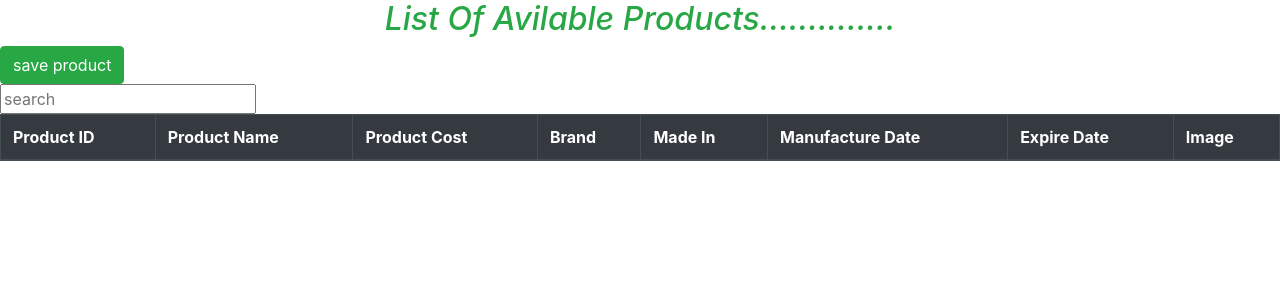
Repository: kamisettiprasanna/AdvJavaPrograms
Page: http://localhost/ProductManagementApp/productList.jsp
An editor plug-in stored every save of this project. The page is shown before and after the next save, followed by the edit.
The browser window is 1280 px wide. The pictures show the whole page.
The page is served by Tomcat 9. Other server files are loaded and not shown. Queries for data that is not in the repository find no rows.

Above is the page before, as saved 2024-03-06 09:26:38.

### ProductManagementApp/src/main/webapp/productList.jsp
<%@page import="com.sathya.servlet.*" import="java.util.Base64"%>
<%@ page language="java" contentType="text/html"%>
<%@taglib uri="http://java.sun.com/jsp/jstl/core" prefix="c" %>


<html>
<head>

<title>Product List</title>
<!-- BootStract CDN link to Get the Support of BootStrap-->

<link rel="stylesheet" href="https://stackpath.bootstrapcdn.com/bootstrap/4.5.2/css/bootstrap.min.css">

</head>
<body>
<div>
        <h2 class="text-center text-success font-italic ">List Of Avilable Products.............. </h2>
    </div>

   <div>
 <input type="submit" class="btn btn-success" value="save product"/>
 </div>

<div>
<input type="text" placeholder="search">
</div>
<div>
<c:if test="${saveResult==1}">
<h1 class="text-danger text-center">Data inserted successfully.........</h1>
</c:if>
</div>

<table class="table table-bordered table-striped">

<thead class="thead-dark">
	<tr>

		<th>Product ID</th>
		<th>Product Name</th>
		<th>Product Cost</th>
		<th>Brand</th>
		<th>Made In</th>
		<th>Manufacture Date</th>
		<th>Expire Date</th>
		<th>Image</th>

	</tr>
</thead>

<tbody>
	<c:forEach var="product" items="<%=new ProductDao().findAll()%>">

		<tr>
			<td>${product.proId}</td>
			<td>${product.proName}</td>
			<td>${product.proPrice}</td>
			<td>${product.proBrand}</td>
			<td>${product.promadeIn}</td>
			<td>${product.promDate}</td>
			<td>${product.promeDate}</td>
			<td><img src="data:[embedded picture, 78 characters]" alt="ProductImage" style="max-width: 100px; max-height:100px;"></td>
       </tr>


	</c:forEach>
</tbody>


</table>

</body>
</html>

### ProductManagementApp/src/main/java/com/sathya/servlet/ProductDao.java
package com.sathya.servlet;

	import java.sql.Connection;
	import java.sql.PreparedStatement;
import java.sql.ResultSet;
import java.sql.SQLException;
import java.sql.Statement;
import java.util.ArrayList;
import java.util.List;

	public class ProductDao {
		public int save(Product_data product) throws SQLException
		{
			Connection connection=null;
			PreparedStatement preparedStatement=null;
			int saveResult=0;
			try
			{
				connection=DBconnection.createConnection();
				preparedStatement=connection.prepareStatement("INSERT INTO Product_data VALUES(?,?,?,?,?,?,?,?)");

				preparedStatement.setInt(1, product.getProId());
				preparedStatement.setString(2, product.getProName());
				preparedStatement.setDouble(3, product.getProPrice());
				preparedStatement.setString(4, product.getProBrand());
				preparedStatement.setString(5, product.getPromadeIn());
				preparedStatement.setDate(6, product.getPromDate());
				preparedStatement.setDate(7, product.getPromeDate());
				preparedStatement.setBytes(8, product.getProImage());
				saveResult = preparedStatement.executeUpdate();
		    }
			catch(SQLException e)
			{
				e.printStackTrace();
			}
			finally
			{
				if(preparedStatement!=null)
	                  preparedStatement.close();
				if(connection!=null)
	                 connection.close();
			}
			return saveResult;
	  	}



		public List<Product_data> findAll() {


				List<Product_data> products=new ArrayList<Product_data>();
				try(Connection connection=DBconnection.createConnection();
						Statement statement=connection.createStatement()){
					//execute the query
					ResultSet resultset=statement.executeQuery("select * from Product_data");

					while(resultset.next())
					{
						Product_data product=new Product_data();

						product.setProId(resultset.getInt("proId"));
						product.setProName(resultset.getString("proName"));
						product.setProPrice(resultset.getDouble("proPrice"));
						product.setProBrand(resultset.getString("proBrand"));
						product.setPromadeIn(resultset.getString("promadeIn"));
						product.setPromDate(resultset.getDate("promDate"));
						product.setPromeDate(resultset.getDate("promeDate"));
						product.setProImage(resultset.getBytes("proImage"));

				        products.add(product);

				}

			}
				catch(SQLException e) {
					e.printStackTrace();
				}
			return products;
	 }
	}

### ProductManagementApp/src/main/java/com/sathya/servlet/DBconnection.java
package com.sathya.servlet;

import java.sql.Connection;
import java.sql.DriverManager;
import java.sql.SQLException;

public class DBconnection {

	public static Connection createConnection() {
		// TODO Auto-generated method stub
		Connection connection1=null;
		try {
			Class.forName("oracle.jdbc.driver.OracleDriver");
			connection1=DriverManager.getConnection("jdbc:oracle:thin:@localhost:1521:xe","prasanna","prasanna");
		}
		catch(ClassNotFoundException | SQLException e) {
			e.printStackTrace();
		}
		return connection1;

	}

}

After the next save:
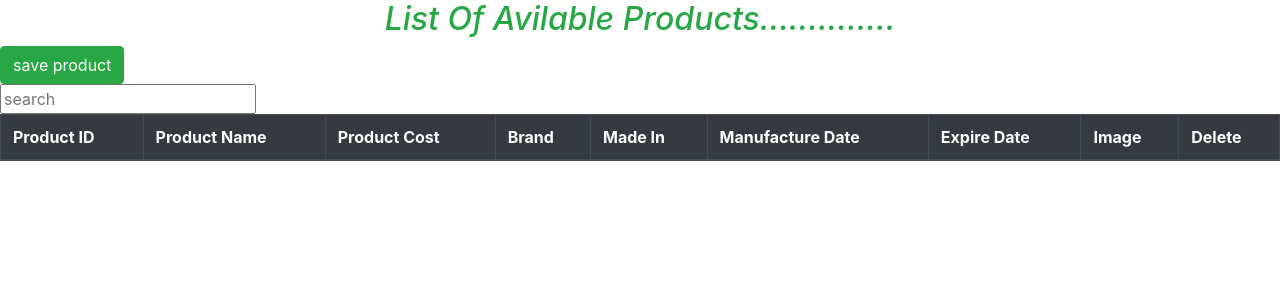
Saved 2 h 5 min later.
--- a/ProductManagementApp/src/main/webapp/productList.jsp
+++ b/ProductManagementApp/src/main/webapp/productList.jsp
@@ -43,6 +43,7 @@
 		<th>Manufacture Date</th>
 		<th>Expire Date</th>
 		<th>Image</th>
+		<th>Delete</th>
 
 	</tr>
 </thead>
@@ -59,6 +60,9 @@
 			<td>${product.promDate}</td>
 			<td>${product.promeDate}</td>
 			<td><img src="data:[embedded picture, 78 characters]" alt="ProductImage" style="max-width: 100px; max-height:100px;"></td>
+			<td>
+			<a class="btn btn-primary" href="./DeleteProductServlet?proId=${product.proId}">Delete</a>
+			</td>
        </tr>
 
 
